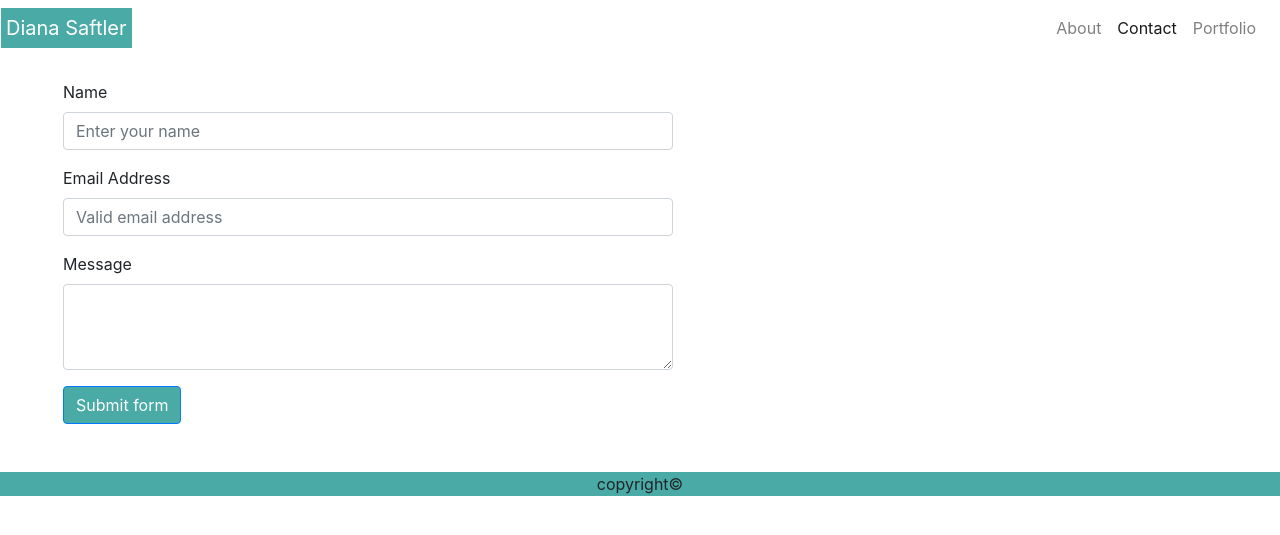
Repository: dsaftler/Bootstrap-Portfolio
Page: contact.html
The author's editor kept a copy of each file at every save. The page is drawn from the files as they stood at one save, then again after the next save.
The browser window is 1280 px wide. The pictures show the whole page.

Above is the page before, as saved 2019-03-21 01:21:14.

### contact.html
<!DOCTYPE html>
<html lang="en">
<head>
  <meta charset="UTF-8">
  <meta name="viewport" content="width=device-width, initial-scale=1.0">
  <meta http-equiv="X-UA-Compatible" content="ie=edge">
  <link rel="stylesheet" href="https://stackpath.bootstrapcdn.com/bootstrap/4.1.3/css/bootstrap.min.css" integrity="sha384-MCw98/SFnGE8fJT3GXwEOngsV7Zt27NXFoaoApmYm81iuXoPkFOJwJ8ERdknLPMO" crossorigin="anonymous">
  <link rel="icon" href="assets/images/Peony.jpg" type="image/jpg" sizes="16x16">
  <title>Contact</title>
</head>
<body>
    <nav class="navbar navbar-expand-lg navbar-light" >
        <a class="navbar-brand"  style="background-color: #4aaaa5; color: white; padding-right: 5px; padding-left: 5px; margin-left: -15px" href="#"> Diana Saftler </a>
        <button class="navbar-toggler" type="button" data-toggle="collapse" data-target="#navbarSupportedContent" aria-controls="navbarSupportedContent" aria-expanded="false" aria-label="Toggle navigation">
          <span class="navbar-toggler-icon"></span>
        </button>

        <div class="collapse navbar-collapse" id="navbarSupportedContent">
          <ul class="navbar-nav ml-auto">
            <li class="nav-item">
              <a class="nav-link" href="index.html">About</a>
            </li>
            <li class="nav-item active">
              <a class="nav-link" href="contact.html">Contact<span class="sr-only">(current)</span></a>
            </li>
            <li class="nav-item">
                <a class="nav-link"  href="portfolio.html">Portfolio</a>
             </li>
          </ul>
        </div>
      </nav>
      <div class="container col-sm-6 ml-5">
          <form>
              <div class="form-group">
                <br>
                <label for="formGroupExampleInput">Name</label>
                <input type="text" class="form-control" id="formGroupExampleInput" placeholder="Enter your name">
              </div>
              <div class="form-group">
                <label for="formGroupExampleInput2">Email Address</label>
                <input type="text" class="form-control" id="formGroupExampleInput2" placeholder="Valid email address">
              </div>
              <div class="form-group">
                <label for="exampleFormControlTextarea1">Message</label>
                <textarea class="form-control" id="exampleFormControlTextarea1" rows="3"></textarea>
              </div>
              <button class="btn btn-primary mb-5" type="submit"; style="background-color: #4aaaa5">Submit form</button>
            </form>
      </div>
      <footer class="footer text-center"; style="background-color:#4aaaa5">
          <div class="container" >
            <span >copyright&copy</span>
          </div>
     </footer>


</body>
</html>

After the next save:
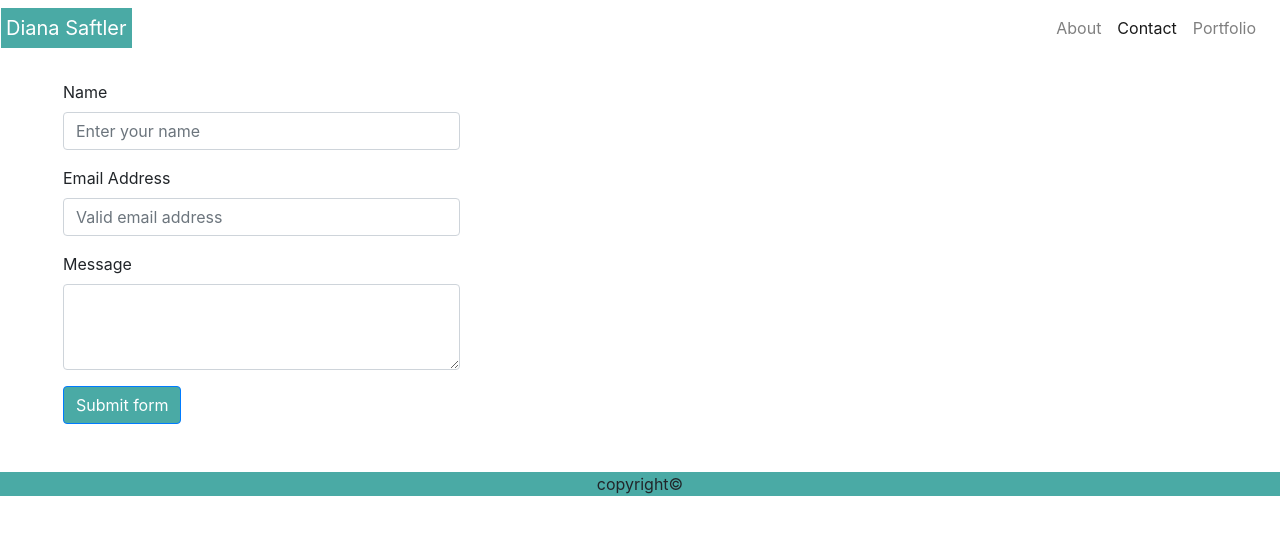
Saved 15 s later.
--- a/contact.html
+++ b/contact.html
@@ -29,7 +29,7 @@
           </ul>
         </div>
       </nav>
-      <div class="container col-sm-6 ml-5">
+      <div class="container col-sm-4 ml-5">
           <form>
               <div class="form-group">
                 <br>

After the save that followed:
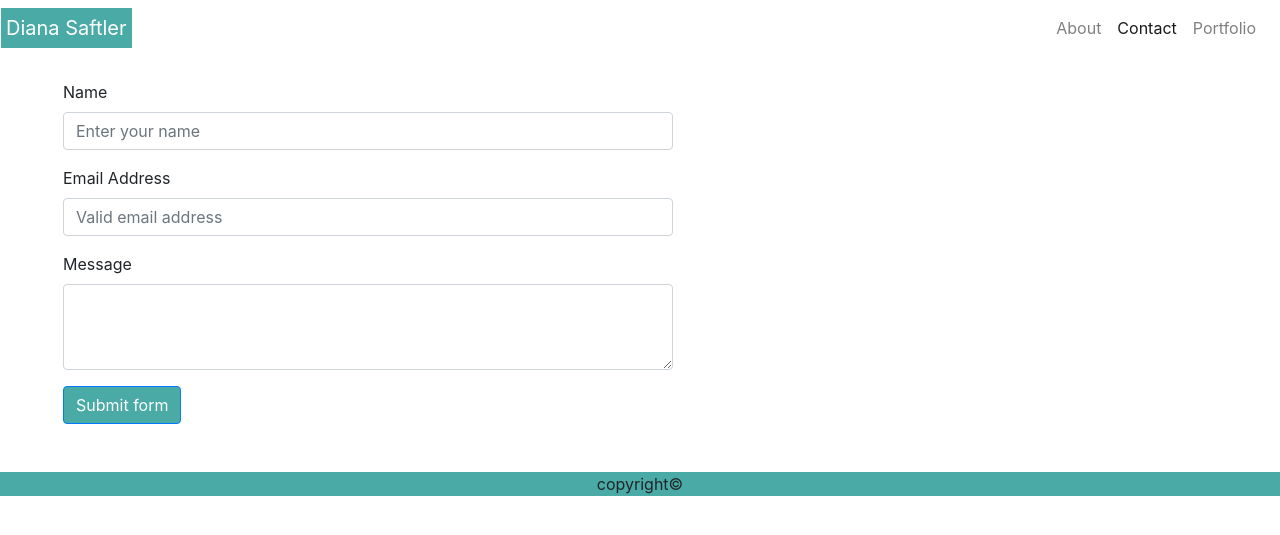
Saved 57 s later.
--- a/contact.html
+++ b/contact.html
@@ -29,7 +29,7 @@
           </ul>
         </div>
       </nav>
-      <div class="container col-sm-4 ml-5">
+      <div class="container col-sm-12 col-md-6 col-lg-6 ml-5">
           <form>
               <div class="form-group">
                 <br>
